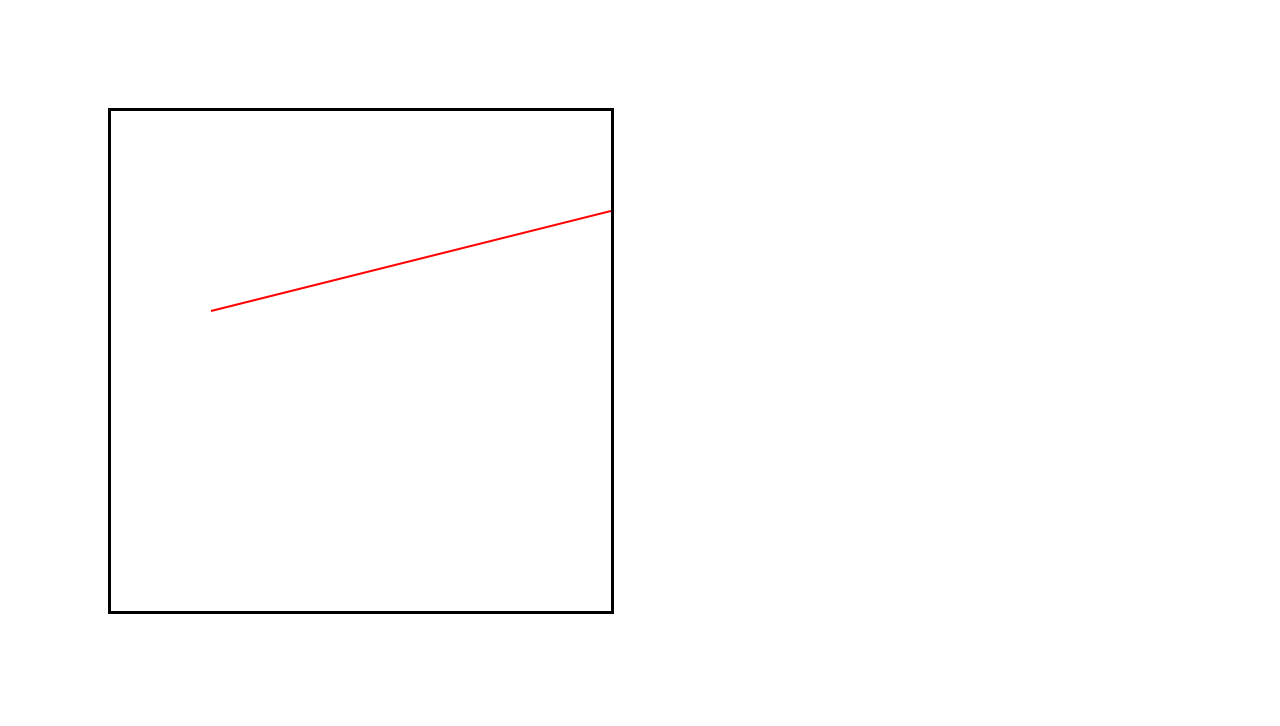
Repository: MagedElRefaey/Audio-Player-Project
Page: Thumbnail/Task2.html
These files come from the project's save history. The page is drawn as it stood at one moment and after the next save; the edit follows.
The browser window is 1280 px wide. The pictures show the whole page.

Above is the page before, as saved 2024-09-11 22:07:08.

After the next save:
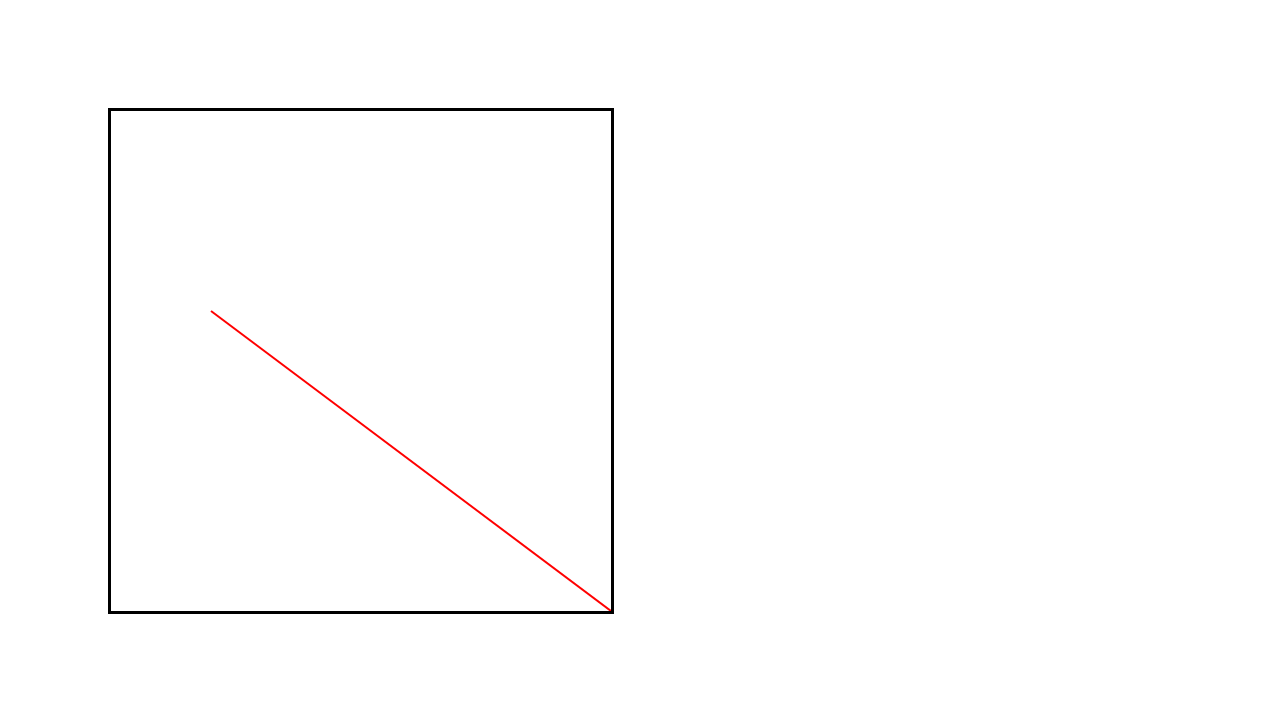
Saved 4 s later.
--- a/Thumbnail/Task2.js
+++ b/Thumbnail/Task2.js
@@ -5,7 +5,7 @@
 ctx.lineWidth = 2;
 ctx.strokeStyle = "red";
 ctx.beginPath();
-ctx.moveTo(500,100);
+ctx.moveTo(500,500);
 ctx.lineTo(100,200)
 // ctx.moveTo(100,20);
 // ctx.lineTo(200,160)
